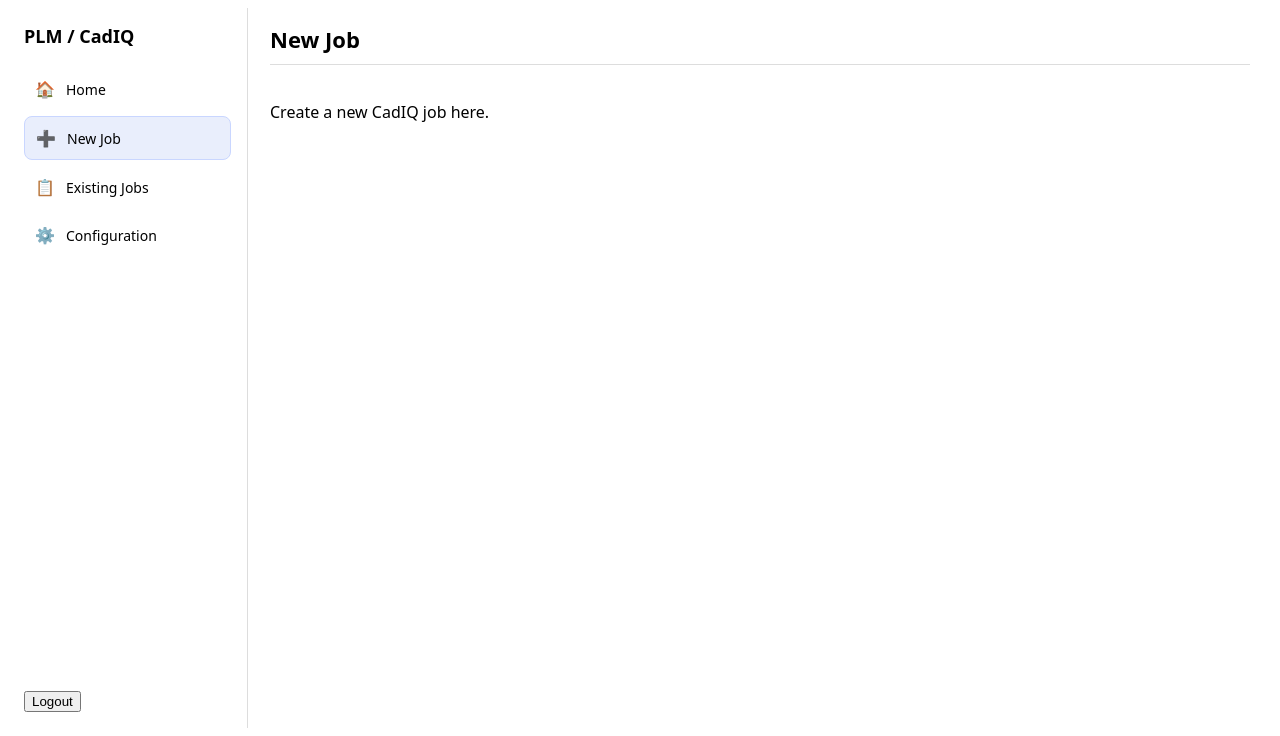
Repository: yaleevans/plm-cadiq
Page: /jobs/new
An editor plug-in stored every save of this project. The page is shown before and after the next save, followed by the edit.
The browser window is 1280 px wide. The pictures show the whole page.
The project was rebuilt for these pictures with package versions that can differ from the ones it lists, and the page was loaded fresh each time. The framework's server and built-in components were replaced by stand-ins that run in the browser. Also part of the build but not shown: svelte.config.js, vite.config.ts.

Above is the page before, as saved 2026-02-11 11:37:16.

After the next save:
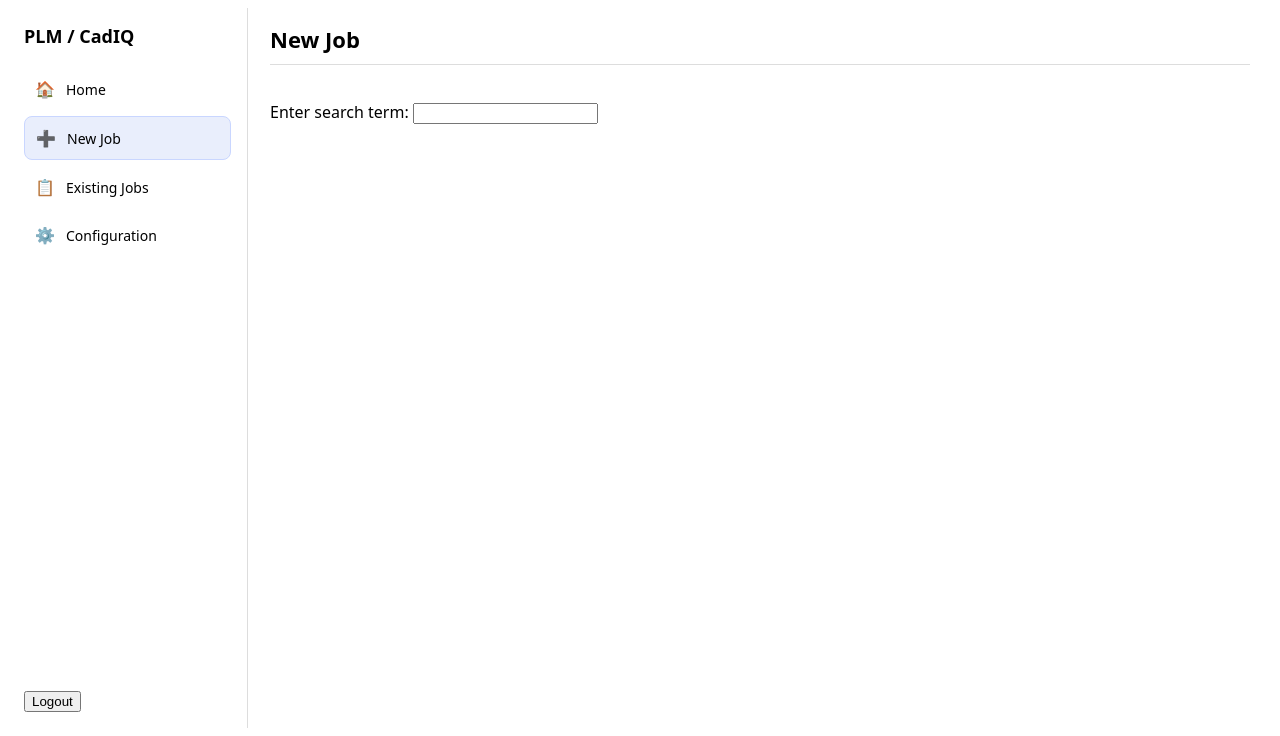
Saved 9 min 28 s later.
--- a/src/routes/jobs/new/+page.svelte
+++ b/src/routes/jobs/new/+page.svelte
@@ -1 +1,2 @@
-<p>Create a new CadIQ job here.</p>
+<p></p>
+<label>Enter search term: <input /></label>
